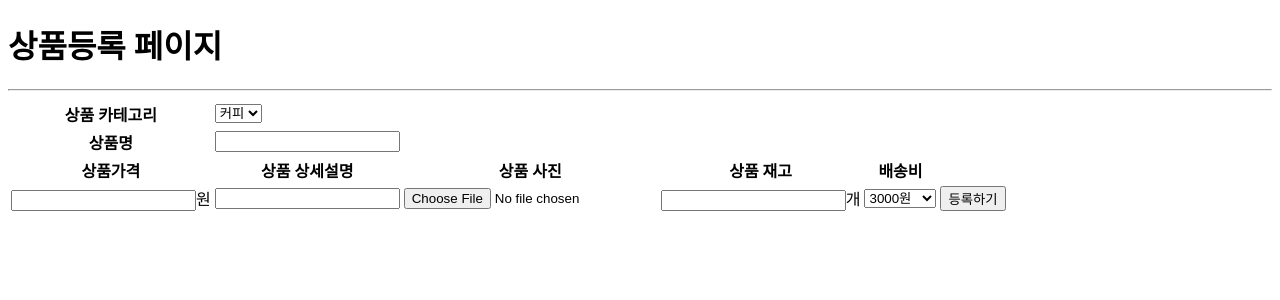
Repository: HJK0000/shoppingMallPrj
Page: http://localhost/shoppingMall/WEB-INF/views/admin/productRegistForm.jsp
These files come from the project's save history. The page is drawn as it stood at one moment and after the next save; the edit follows.
The browser window is 1280 px wide. The pictures show the whole page.
The page is served by Tomcat 10. Nobody is signed in. The template is opened directly, without the code that normally fills it, so the values that code supplies are empty.

Above is the page before, as saved 2024-05-29 03:27:48.
Console error: SyntaxError: Invalid or unexpected token

After the next save:
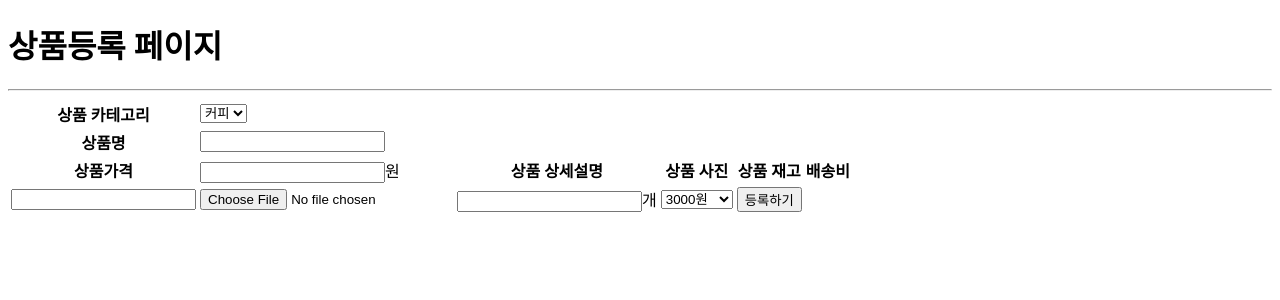
Saved 6 s later.
--- a/shoppingMall/src/main/webapp/WEB-INF/views/admin/productRegistForm.jsp
+++ b/shoppingMall/src/main/webapp/WEB-INF/views/admin/productRegistForm.jsp
@@ -29,6 +29,7 @@
 			</tr>
 			<tr>
 				<th>상품가격</th>
+				<td><input type="text" name="pprice" required="required">원</td>
 				<th>상품 상세설명</th>
 				<th>상품 사진</th>
 				<th>상품 재고</th>
@@ -39,7 +40,7 @@
 				<tr>
 
 
-					<td><input type="text" name="pprice" required="required">원</td>
+
 					<td><input type="text" name="pinfo" required="required"></td>
 					<td><input type="file" name="file"></td>
 					<td><input type="text" name="stock_count" required="required">개</td>
